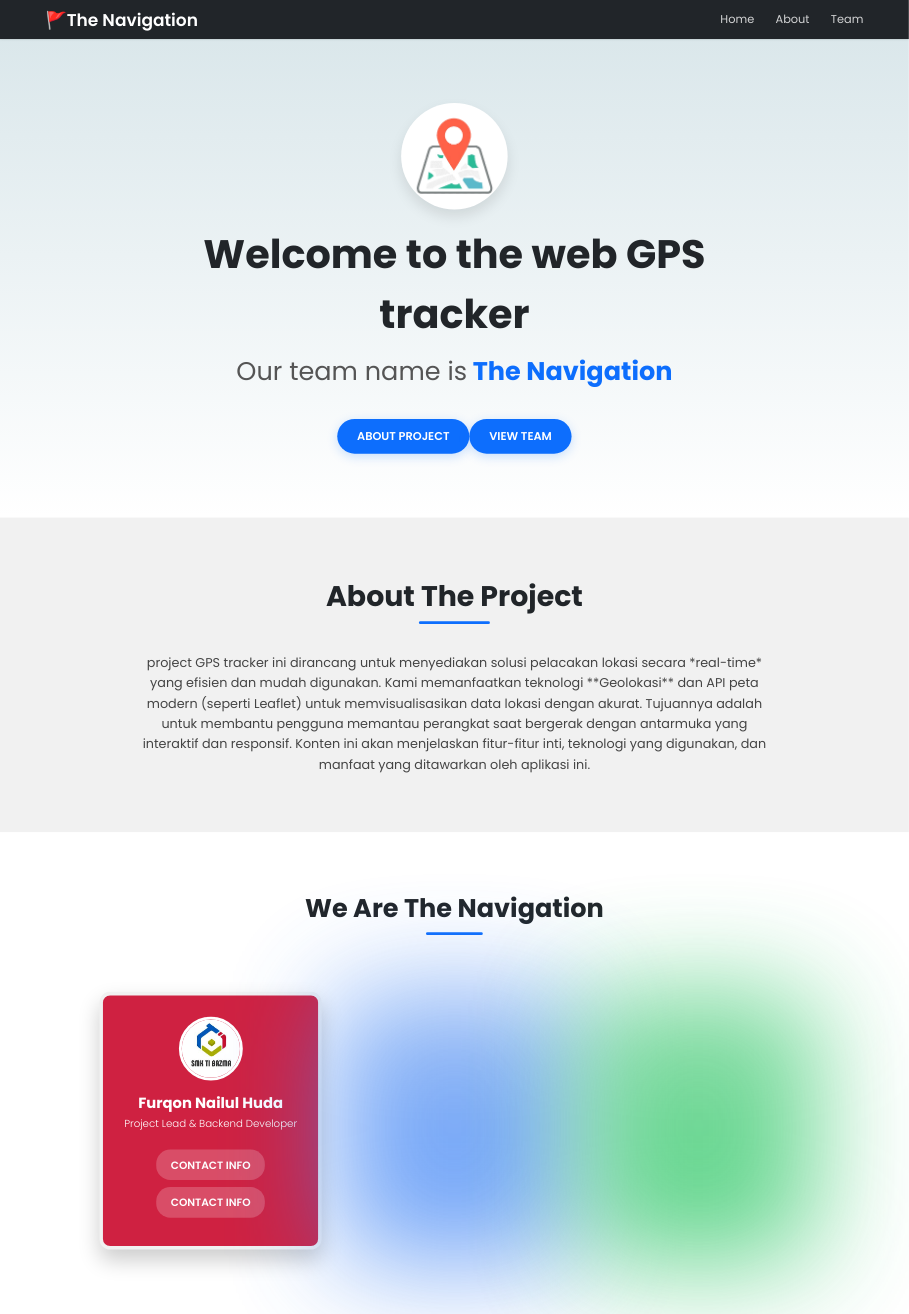
Repository: ammarsetiawan/gps-traker
Page: about.html
These files come from the project's save history. The page is drawn as it stood at one moment and after the next save; the edit follows.
The browser window is 1280 px wide. The pictures show the whole page, at 71% of full size.
The pointer rests on the first visible `.cards .card`.

Above is the page before, as saved 2025-11-27 16:56:06.

After the next save:
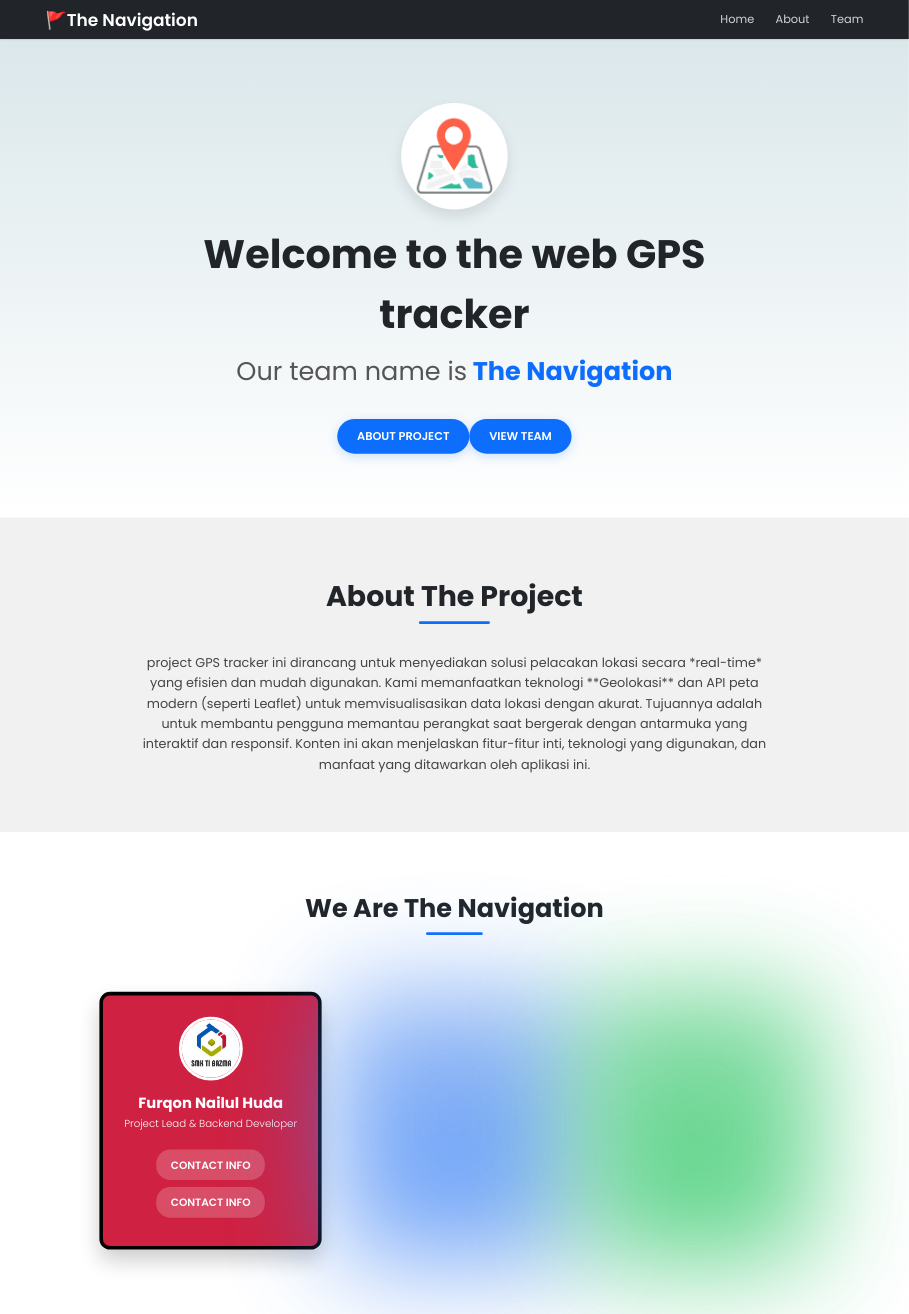
Saved 8 s later.
--- a/about.html
+++ b/about.html
@@ -352,7 +352,7 @@
 
         .cards .card:hover {
             transform: translateY(-10px);
-            border: #f1f1f1 5px solid;
+            border: #000000 5px solid;
             box-shadow: 0 15px 30px rgba(0, 0, 0, 0.2);
         }
 
